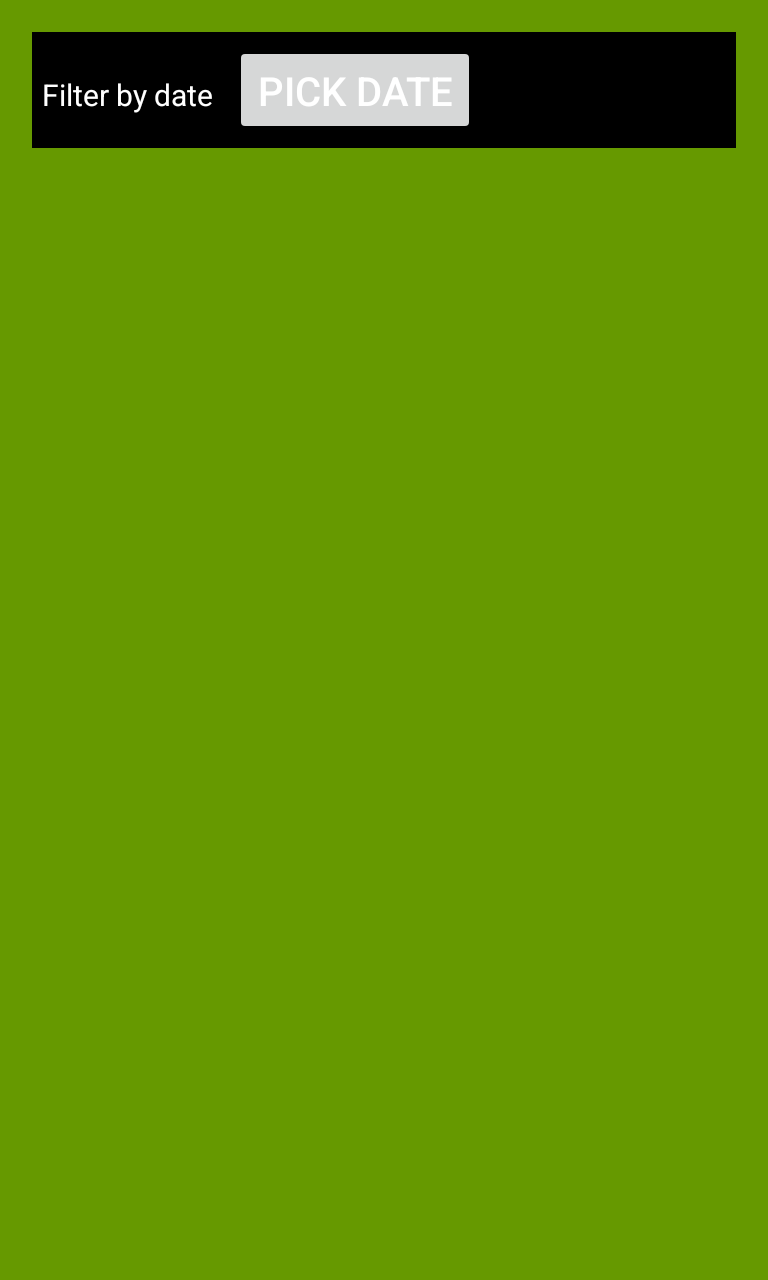
Repository: bwoldemi/LilyTrans
Layout: TransLily/res/layout/activity_booked_ride.xml
The author's editor kept a copy of each file at every save. The layout is drawn from the files as they stood at one save, then again after the next save.
It is drawn on a 768 x 1280 px phone screen (xhdpi) without system bars, with theme AppTheme; the app's code is not run. Lists and similar views that code fills are empty.

Above is the layout before, as saved 2014-11-08 21:55:47.

After the next save:
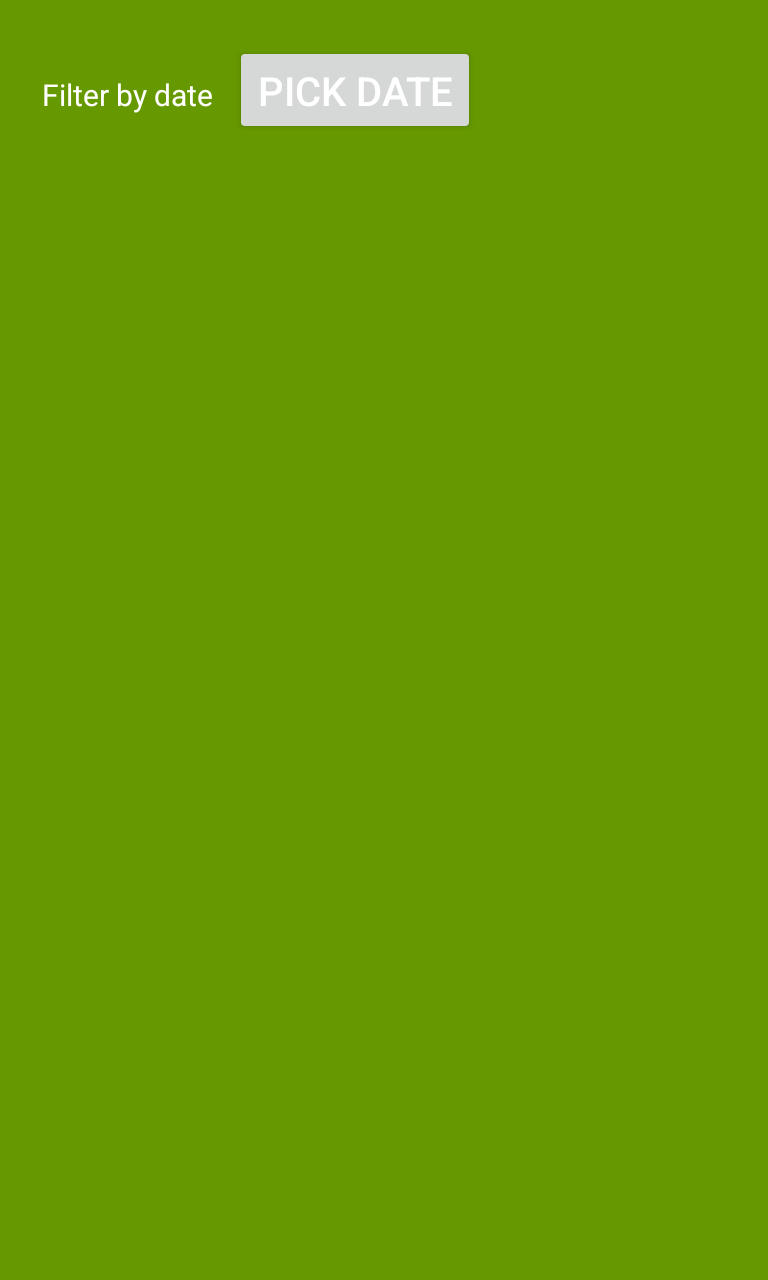
Saved 3 min 6 s later.
--- a/TransLily/res/layout/activity_booked_ride.xml
+++ b/TransLily/res/layout/activity_booked_ride.xml
@@ -13,7 +13,7 @@
     <LinearLayout
         android:layout_width="fill_parent"
         android:layout_height="wrap_content"
-        android:background="@color/background_filter_layout"
+
         android:orientation="horizontal"
         android:padding="5sp">
 
